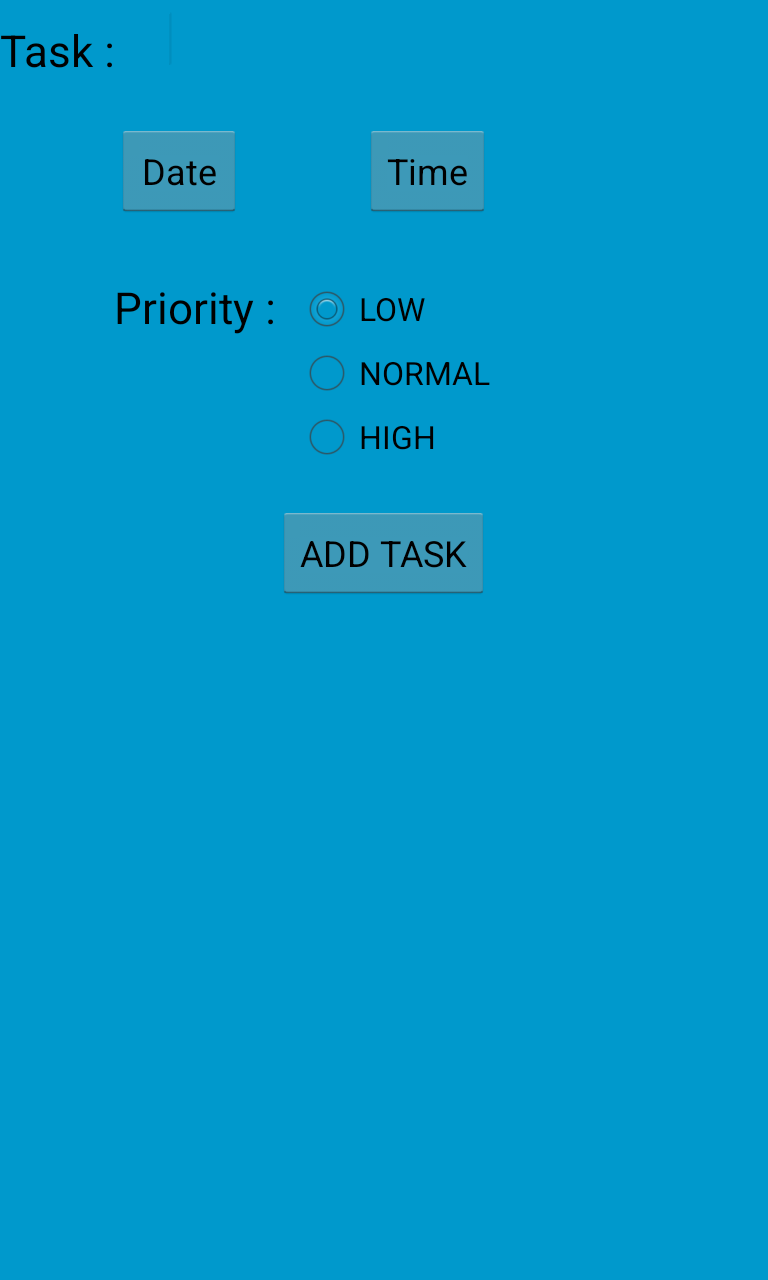
Repository: satyadarls/ToDo
Layout: ToDo/res/layout/customdialog_layout.xml
These files come from the project's save history. The layout is drawn as it stood at one moment and after the next save; the edit follows.
Pictures or frames that could not be fetched are drawn as grey boxes. It is drawn on a 768 x 1280 px phone screen (xhdpi) without system bars, with theme AppTheme; the app's code is not run.

Above is the layout before, as saved 2014-07-03 14:46:31.

### ToDo/res/layout/customdialog_layout.xml
<?xml version="1.0" encoding="utf-8"?>
<RelativeLayout xmlns:android="http://schemas.android.com/apk/res/android"
    xmlns:android1="http://schemas.android.com/apk/res/android"
    android:layout_width="match_parent"
    android:layout_height="match_parent"
    android:background="#0099CC" >

    <TextView
        android:id="@+id/textView1"
        android:layout_width="wrap_content"
        android:layout_height="wrap_content"
        android:layout_alignBottom="@+id/dialogTaskText"
        android:layout_alignParentLeft="true"
        android:text="Task :"
        android:textAppearance="?android:attr/textAppearanceLarge" />

    <Button
        android:id="@+id/timebutton"
        android:layout_width="wrap_content"
        android:layout_height="wrap_content"
        android:layout_alignBaseline="@+id/datebutton"
        android:layout_alignBottom="@+id/datebutton"
        android:layout_marginLeft="60dp"
        android:layout_toRightOf="@+id/datebutton"
        android:text="Time" />

    <Button
        android:id="@+id/datebutton"
        android:layout_width="wrap_content"
        android:layout_height="wrap_content"
        android:layout_below="@+id/dialogTaskText"
        android:layout_marginTop="22dp"
        android:layout_toRightOf="@+id/textView1"
        android:text="Date" />

    <EditText
        android:id="@+id/dialogTaskText"
        android:layout_width="wrap_content"
        android:layout_height="wrap_content"
        android:layout_alignLeft="@+id/datebutton"
        android:layout_alignParentTop="true"
        android:layout_marginLeft="15dp"
        android:ems="10" >

        <requestFocus />
    </EditText>

    <RadioGroup
        android:id="@+id/radioGroup1"
        android:layout_width="wrap_content"
        android:layout_height="wrap_content"
        android:layout_alignRight="@+id/dialogButton"
        android:layout_below="@+id/timebutton"
        android:layout_marginTop="29dp" >

        <RadioButton
            android:id="@+id/radio0"
            android:layout_width="wrap_content"
            android:layout_height="wrap_content"
            android:checked="true"
            android:text="LOW" />

        <RadioButton
            android:id="@+id/radio1"
            android:layout_width="wrap_content"
            android:layout_height="wrap_content"
            android:text="NORMAL" />

        <RadioButton
            android:id="@+id/radio2"
            android:layout_width="wrap_content"
            android:layout_height="wrap_content"
            android:text="HIGH" />
    </RadioGroup>

    <Button
        android:id="@+id/dialogButton"
        android:layout_width="wrap_content"
        android:layout_height="wrap_content"
        android:layout_below="@+id/radioGroup1"
        android:layout_centerHorizontal="true"
        android:layout_marginTop="18dp"
        android:text="ADD TASK" />

    <TextView
        android:id="@+id/textView2"
        android:layout_width="wrap_content"
        android:layout_height="wrap_content"
        android:layout_alignTop="@+id/radioGroup1"
        android:layout_toLeftOf="@+id/dialogButton"
        android:text="Priority :"
        android:textAppearance="?android:attr/textAppearanceLarge" />

</RelativeLayout>

Loaded but not shown: ToDo/res/values/styles.xml (common file); ToDo/res/values-v11/styles.xml (common file); ToDo/res/values-v14/styles.xml (common file)

After the next save:
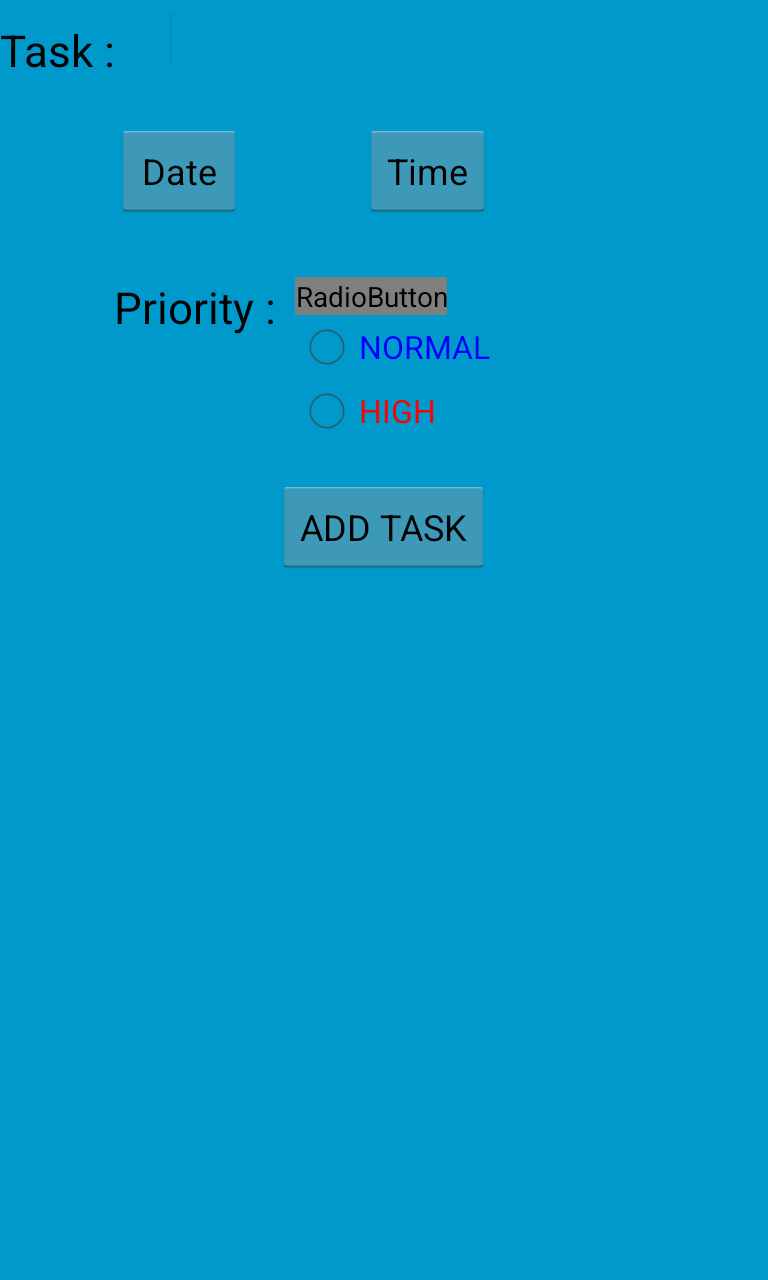
Saved 2 min 53 s later.
--- a/ToDo/res/layout/customdialog_layout.xml
+++ b/ToDo/res/layout/customdialog_layout.xml
@@ -58,18 +58,21 @@
             android:layout_width="wrap_content"
             android:layout_height="wrap_content"
             android:checked="true"
+            android1:textColor="990000"
             android:text="LOW" />
 
         <RadioButton
             android:id="@+id/radio1"
             android:layout_width="wrap_content"
             android:layout_height="wrap_content"
+            android:textColor="#0000ff"
             android:text="NORMAL" />
 
         <RadioButton
             android:id="@+id/radio2"
             android:layout_width="wrap_content"
             android:layout_height="wrap_content"
+            android:textColor="#ff0000"
             android:text="HIGH" />
     </RadioGroup>
 
